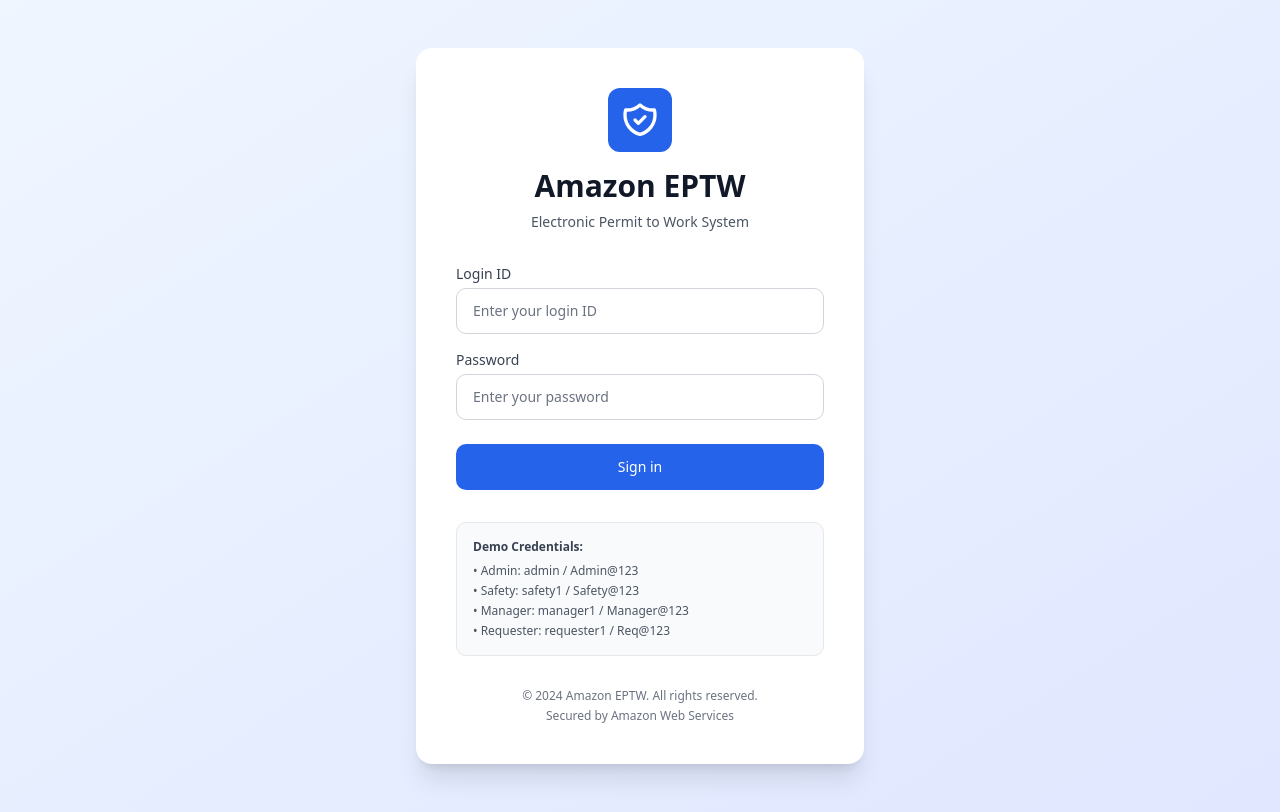
Repository: anamika-webdev/AEPTW
Page: /login (app in frontend/)
The author's editor kept a copy of each file at every save. The page is drawn from the files as they stood at one save, then again after the next save.
The browser window is 1280 px wide. The pictures show the whole page.
The page's requests for data from a server got no answer. The project was rebuilt for these pictures with package versions that can differ from the ones it lists, and the page was loaded fresh each time. No one was signed in, and anything a server would have sent is missing. Also part of the build but not shown: frontend/vite.config.ts, frontend/src/components/ui/card.tsx, frontend/src/components/ui/button.tsx, frontend/src/services/permit.service.ts, frontend/src/services/site.service.ts, frontend/src/services/user.service.ts, frontend/src/components/common/LoadingSpinner.tsx, frontend/src/pages/admin/AdminDashboard.tsx and 8 more. Imported but missing from the stored project, and not drawn on this page: frontend/src/utils/roleMapper.

Above is the page before, as saved 2025-11-24 20:06:44.

### frontend/index.html
<!DOCTYPE html>
<html lang="en">
  <head>
    <meta charset="UTF-8" />
    <link rel="icon" type="image/svg+xml" href="/vite.svg" />
    <meta name="viewport" content="width=device-width, initial-scale=1.0" />
    <title>Amazon EPTW - Electronic Permit to Work</title>
    <meta name="description" content="Amazon Electronic Permit to Work (EPTW) Dashboard - Safety Management System" />
  </head>
  <body>
    <div id="root"></div>
    <script type="module" src="/src/main.tsx"></script>
  </body>
</html>

### frontend/src/App.tsx
import React, { useState } from 'react';
import LoginPage from './pages/auth/LoginPage';
import AdminDashboard from './pages/admin/AdminDashboard';
import { SupervisorDashboard } from './components/supervisor/SupervisorDashboard';
import Sidebar from './components/common/Sidebar';
import Header from './components/common/Header';

// Types
interface User {
  id: number;
  login_id: string;
  full_name: string;
  email: string;
  role: string; // Database role: Admin, Approver_Safety, Approver_AreaManager, Requester
  frontendRole?: 'Admin' | 'Supervisor'; // Mapped role for UI
  department?: string;
  created_at?: string;
}

// Role Mapping Function
function mapDatabaseRoleToFrontend(dbRole: string): 'Admin' | 'Supervisor' {
  // Map all roles to Supervisor except Admin
  if (dbRole === 'Admin') {
    return 'Admin';
  }
  // Approver_Safety, Approver_AreaManager, Requester all map to Supervisor
  return 'Supervisor';
}

// App Context
export interface AppContextType {
  currentUser: User | null;
  setCurrentUser: (user: User | null) => void;
}

const AppContext = React.createContext<AppContextType | undefined>(undefined);

export const useAppContext = (): AppContextType => {
  const context = React.useContext(AppContext);
  if (!context) {
    throw new Error('useAppContext must be used within AppProvider');
  }
  return context;
};

export const AppProvider: React.FC<{ children: React.ReactNode }> = ({ children }) => {
  const [currentUser, setCurrentUser] = React.useState<User | null>(null);

  const value: AppContextType = {
    currentUser,
    setCurrentUser,
  };

  return <AppContext.Provider value={value}>{children}</AppContext.Provider>;
};

// Main App Component
function App() {
  const [currentUser, setCurrentUser] = useState<User | null>(null);
  const [currentPage, setCurrentPage] = useState<string>('dashboard');
  const [isMobileMenuOpen, setIsMobileMenuOpen] = useState(false);

  const handleLogin = (user: User) => {
    // Map the database role to frontend role
    const mappedUser: User = {
      ...user,
      frontendRole: mapDatabaseRoleToFrontend(user.role)
    };

    setCurrentUser(mappedUser);

    // Set initial page based on MAPPED role
    if (mappedUser.frontendRole === 'Admin') {
      setCurrentPage('admin-dashboard');
    } else {
      // Everyone else gets Supervisor dashboard
      setCurrentPage('supervisor-dashboard');
    }

    console.log('User logged in:', {
      name: mappedUser.full_name,
      databaseRole: user.role,
      frontendRole: mappedUser.frontendRole,
      initialPage: mappedUser.frontendRole === 'Admin' ? 'admin-dashboard' : 'supervisor-dashboard'
    });
  };

  const handleLogout = () => {
    setCurrentUser(null);
    setCurrentPage('dashboard');
    localStorage.removeItem('token');
    localStorage.removeItem('user');
    console.log('User logged out');
  };

  const handleNavigate = (page: string) => {
    setCurrentPage(page);
    console.log('Navigating to:', page);
  };

  // Render dashboard based on current page and user role
  const renderDashboard = () => {
    const frontendRole = currentUser?.frontendRole;

    console.log('Rendering dashboard:', {
      currentPage,
      frontendRole,
      databaseRole: currentUser?.role
    });

    // Admin Dashboard Routes
    if (frontendRole === 'Admin') {
      if (currentPage === 'admin-dashboard' || currentPage === 'all-permits' ||
          currentPage === 'site-management' || currentPage === 'user-management') {
        return <AdminDashboard currentPage={currentPage} onNavigate={handleNavigate} />;
      }
      // Default for admin
      return <AdminDashboard currentPage="admin-dashboard" onNavigate={handleNavigate} />;
    }

    // Supervisor Dashboard Routes (for all non-admin users)
    if (frontendRole === 'Supervisor') {
      if (currentPage === 'supervisor-dashboard' || currentPage === 'create-permit' ||
          currentPage === 'worker-list') {
        return <SupervisorDashboard />;
      }
      // Default for supervisor
      return <SupervisorDashboard />;
    }

    // Fallback
    return (
      <div className="p-8">
        <div className="max-w-4xl mx-auto">
          <h1 className="mb-4 text-2xl font-bold text-gray-900">Welcome to Amazon EPTW</h1>
          <div className="p-6 space-y-4 bg-white rounded-lg shadow">
            <div className="flex items-center space-x-3">
              <div className="flex items-center justify-center w-12 h-12 bg-blue-100 rounded-full">
                <span className="text-xl font-semibold text-blue-600">
                  {currentUser?.full_name?.charAt(0) || '?'}
                </span>
              </div>
              <div>
                <p className="text-lg font-semibold text-gray-900">{currentUser?.full_name}</p>
                <p className="text-sm text-gray-600">{currentUser?.email}</p>
              </div>
            </div>
            <div className="pt-4 border-t">
              <dl className="grid grid-cols-2 gap-4">
                <div>
                  <dt className="text-sm font-medium text-gray-500">Database Role</dt>
                  <dd className="mt-1 text-sm text-gray-900">{currentUser?.role}</dd>
                </div>
                <div>
                  <dt className="text-sm font-medium text-gray-500">Dashboard Access</dt>
                  <dd className="mt-1 text-sm text-gray-900">{frontendRole}</dd>
                </div>
                <div>
                  <dt className="text-sm font-medium text-gray-500">Department</dt>
                  <dd className="mt-1 text-sm text-gray-900">{currentUser?.department || 'N/A'}</dd>
                </div>
                <div>
                  <dt className="text-sm font-medium text-gray-500">Login ID</dt>
                  <dd className="mt-1 text-sm text-gray-900">{currentUser?.login_id}</dd>
                </div>
              </dl>
            </div>
          </div>
        </div>
      </div>
    );
  };

  return (
    <AppProvider>
      <div className="min-h-screen bg-gray-50">
        {!currentUser ? (
          <LoginPage onLogin={handleLogin} />
        ) : (
          <div className="flex h-screen overflow-hidden">
            {/* Sidebar */}
            <Sidebar
              currentUser={currentUser}
              currentPage={currentPage}
              onNavigate={handleNavigate}
              onLogout={handleLogout}
              isMobileMenuOpen={isMobileMenuOpen}
              onMobileMenuClose={() => setIsMobileMenuOpen(false)}
            />

            {/* Main Content */}
            <div className="flex flex-col flex-1 overflow-hidden lg:ml-64">
              {/* Header */}
              <Header
                currentUser={currentUser}
                onMenuClick={() => setIsMobileMenuOpen(true)}
                onLogout={handleLogout}
              />

              {/* Dashboard Content */}
              <main className="flex-1 overflow-y-auto bg-slate-50">
                {renderDashboard()}
              </main>
            </div>
          </div>
        )}
      </div>
    </AppProvider>
  );
}

export default App;

### frontend/src/index.css
@tailwind base;
@tailwind components;
@tailwind utilities;

@layer base {
  * {
    @apply border-border;
  }

  body {
    @apply bg-background text-foreground;
    font-feature-settings: "rlig" 1, "calt" 1;
  }
}

@layer utilities {
  .animate-fade-in {
    animation: fadeIn 0.5s ease-in;
  }

  @keyframes fadeIn {
    from {
      opacity: 0;
      transform: translateY(-10px);
    }
    to {
      opacity: 1;
      transform: translateY(0);
    }
  }
}

### frontend/src/pages/auth/LoginPage.tsx
import React, { useState } from 'react';
import axios from 'axios';
import { User } from '../../types';

interface LoginPageProps {
  onLogin: (user: User) => void;
}

const LoginPage: React.FC<LoginPageProps> = ({ onLogin }) => {
  const [loginId, setLoginId] = useState('');
  const [password, setPassword] = useState('');
  const [loading, setLoading] = useState(false);
  const [error, setError] = useState('');

  const API_BASE_URL = import.meta.env.VITE_API_BASE_URL || 'http://localhost:5000/api';

  const handleSubmit = async (e: React.FormEvent) => {
    e.preventDefault();
    setLoading(true);
    setError('');

    try {
      const response = await axios.post(`${API_BASE_URL}/v1/auth/login`, {
        login_id: loginId,
        password,
      });

      if (response.data.success) {
        const { token, user } = response.data;
        localStorage.setItem('token', token);
        onLogin(user);
      }
    } catch (err: any) {
      setError(
        err.response?.data?.message ||
        'Login failed. Please check your credentials.'
      );
    } finally {
      setLoading(false);
    }
  };

  return (
    <div className="flex items-center justify-center min-h-screen px-4 py-12 bg-gradient-to-br from-blue-50 to-indigo-100 sm:px-6 lg:px-8">
      <div className="w-full max-w-md p-10 space-y-8 bg-white shadow-xl rounded-2xl">
        {/* Logo and Title */}
        <div className="text-center">
          <div className="flex justify-center mb-4">
            <div className="flex items-center justify-center w-16 h-16 bg-blue-600 rounded-xl">
              <svg
                className="w-10 h-10 text-white"
                fill="none"
                stroke="currentColor"
                viewBox="0 0 24 24"
              >
                <path
                  strokeLinecap="round"
                  strokeLinejoin="round"
                  strokeWidth={2}
                  d="M9 12l2 2 4-4m5.618-4.016A11.955 11.955 0 0112 2.944a11.955 11.955 0 01-8.618 3.04A12.02 12.02 0 003 9c0 5.591 3.824 10.29 9 11.622 5.176-1.332 9-6.03 9-11.622 0-1.042-.133-2.052-.382-3.016z"
                />
              </svg>
            </div>
          </div>
          <h2 className="text-3xl font-extrabold text-gray-900">
            Amazon EPTW
          </h2>
          <p className="mt-2 text-sm text-gray-600">
            Electronic Permit to Work System
          </p>
        </div>

        {/* Login Form */}
        <form className="mt-8 space-y-6" onSubmit={handleSubmit}>
          <div className="space-y-4">
            <div>
              <label htmlFor="login_id" className="block mb-1 text-sm font-medium text-gray-700">
                Login ID
              </label>
              <input
                id="login_id"
                name="login_id"
                type="text"
                autoComplete="username"
                required
                value={loginId}
                onChange={(e) => setLoginId(e.target.value)}
                className="relative block w-full px-4 py-3 text-gray-900 placeholder-gray-500 border border-gray-300 rounded-lg appearance-none focus:outline-none focus:ring-2 focus:ring-blue-500 focus:border-blue-500 focus:z-10 sm:text-sm"
                placeholder="Enter your login ID"
              />
            </div>

            <div>
              <label htmlFor="password" className="block mb-1 text-sm font-medium text-gray-700">
                Password
              </label>
              <input
                id="password"
                name="password"
                type="password"
                autoComplete="current-password"
                required
                value={password}
                onChange={(e) => setPassword(e.target.value)}
                className="relative block w-full px-4 py-3 text-gray-900 placeholder-gray-500 border border-gray-300 rounded-lg appearance-none focus:outline-none focus:ring-2 focus:ring-blue-500 focus:border-blue-500 focus:z-10 sm:text-sm"
                placeholder="Enter your password"
              />
            </div>
          </div>

          {error && (
            <div className="p-4 border border-red-200 rounded-lg bg-red-50">
              <div className="flex">
                <svg
                  className="w-5 h-5 text-red-400"
                  viewBox="0 0 20 20"
                  fill="currentColor"
                >
                  <path
                    fillRule="evenodd"
                    d="M10 18a8 8 0 100-16 8 8 0 000 16zM8.707 7.293a1 1 0 00-1.414 1.414L8.586 10l-1.293 1.293a1 1 0 101.414 1.414L10 11.414l1.293 1.293a1 1 0 001.414-1.414L11.414 10l1.293-1.293a1 1 0 00-1.414-1.414L10 8.586 8.707 7.293z"
                    clipRule="evenodd"
                  />
                </svg>
                <p className="ml-3 text-sm text-red-800">{error}</p>
              </div>
            </div>
          )}

          <div>
            <button
              type="submit"
              disabled={loading}
              className="relative flex justify-center w-full px-4 py-3 text-sm font-medium text-white transition-colors duration-200 bg-blue-600 border border-transparent rounded-lg group hover:bg-blue-700 focus:outline-none focus:ring-2 focus:ring-offset-2 focus:ring-blue-500 disabled:opacity-50 disabled:cursor-not-allowed"
            >
              {loading ? (
                <span className="flex items-center">
                  <svg
                    className="w-5 h-5 mr-3 -ml-1 text-white animate-spin"
                    fill="none"
                    viewBox="0 0 24 24"
                  >
                    <circle
                      className="opacity-25"
                      cx="12"
                      cy="12"
                      r="10"
                      stroke="currentColor"
                      strokeWidth="4"
                    />
                    <path
                      className="opacity-75"
                      fill="currentColor"
                      d="M4 12a8 8 0 018-8V0C5.373 0 0 5.373 0 12h4zm2 5.291A7.962 7.962 0 014 12H0c0 3.042 1.135 5.824 3 7.938l3-2.647z"
                    />
                  </svg>
                  Signing in...
                </span>
              ) : (
                'Sign in'
              )}
            </button>
          </div>
        </form>

        {/* Demo Credentials */}
        <div className="p-4 mt-6 border border-gray-200 rounded-lg bg-gray-50">
          <p className="mb-2 text-xs font-semibold text-gray-700">Demo Credentials:</p>
          <div className="space-y-1 text-xs text-gray-600">
            <p>• <span className="font-medium">Admin:</span> admin / Admin@123</p>
            <p>• <span className="font-medium">Safety:</span> safety1 / Safety@123</p>
            <p>• <span className="font-medium">Manager:</span> manager1 / Manager@123</p>
            <p>• <span className="font-medium">Requester:</span> requester1 / Req@123</p>
          </div>
        </div>

        {/* Footer */}
        <div className="text-xs text-center text-gray-500">
          <p>© 2024 Amazon EPTW. All rights reserved.</p>
          <p className="mt-1">Secured by Amazon Web Services</p>
        </div>
      </div>
    </div>
  );
};

export default LoginPage;

### frontend/tailwind.config.js
/** @type {import('tailwindcss').Config} */
export default {
  content: [
    "./index.html",
    "./src/**/*.{js,ts,jsx,tsx}",
  ],
  theme: {
    extend: {
      colors: {
        border: "hsl(214.3 31.8% 91.4%)",
        input: "hsl(214.3 31.8% 91.4%)",
        ring: "hsl(221.2 83.2% 53.3%)",
        background: "hsl(0 0% 100%)",
        foreground: "hsl(222.2 84% 4.9%)",
        primary: {
          DEFAULT: "hsl(221.2 83.2% 53.3%)",
          foreground: "hsl(210 40% 98%)",
        },
        secondary: {
          DEFAULT: "hsl(210 40% 96.1%)",
          foreground: "hsl(222.2 47.4% 11.2%)",
        },
        destructive: {
          DEFAULT: "hsl(0 84.2% 60.2%)",
          foreground: "hsl(210 40% 98%)",
        },
        muted: {
          DEFAULT: "hsl(210 40% 96.1%)",
          foreground: "hsl(215.4 16.3% 46.9%)",
        },
        accent: {
          DEFAULT: "hsl(210 40% 96.1%)",
          foreground: "hsl(222.2 47.4% 11.2%)",
        },
      },
      borderRadius: {
        lg: "0.625rem",
        md: "0.5rem",
        sm: "0.375rem",
      },
    },
  },
  plugins: [],
}

Loaded but not shown: frontend/src/main.tsx (common file)

After the next save:
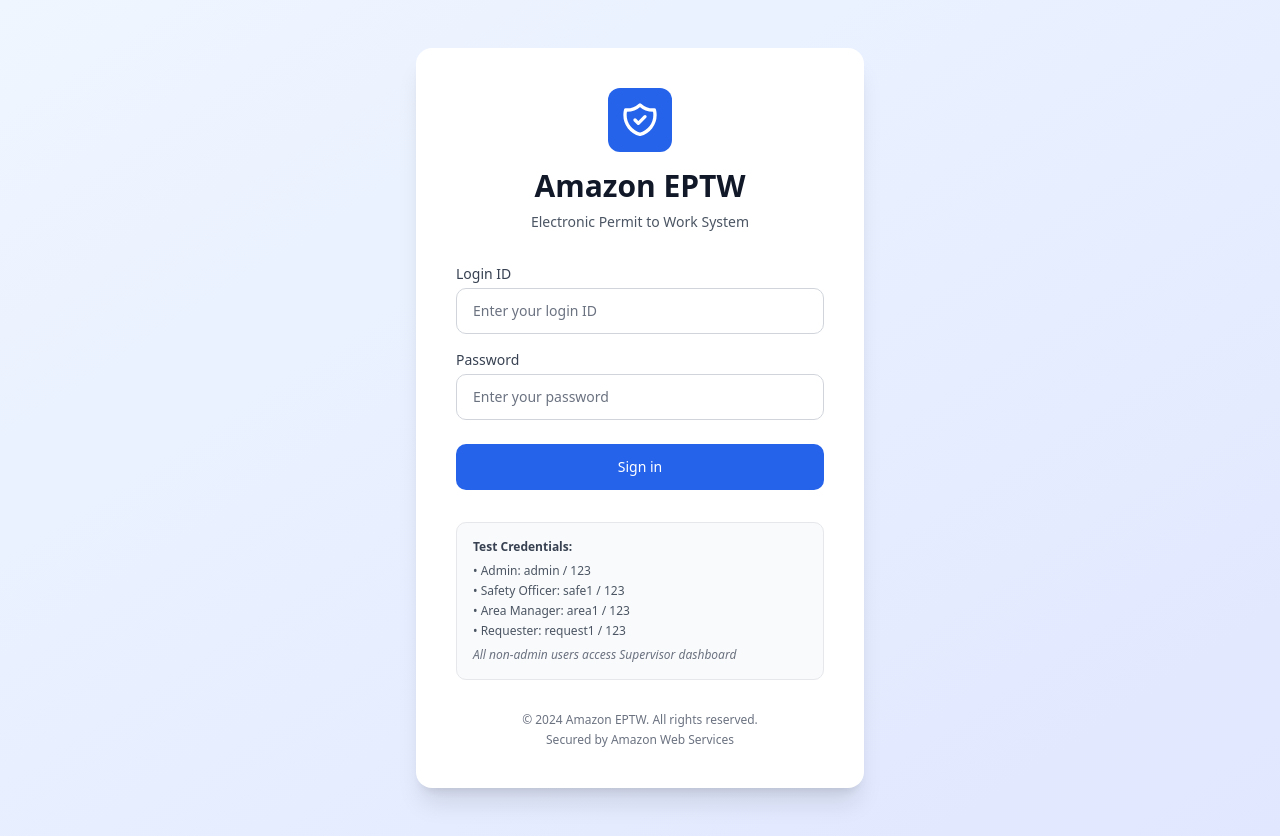
Saved 36 s later.
--- a/frontend/src/pages/auth/LoginPage.tsx
+++ b/frontend/src/pages/auth/LoginPage.tsx
@@ -1,6 +1,7 @@
 import React, { useState } from 'react';
 import axios from 'axios';
 import { User } from '../../types';
+import { mapDatabaseRoleToFrontend } from '../../utils/roleMapper';
 
 interface LoginPageProps {
   onLogin: (user: User) => void;
@@ -27,10 +28,25 @@
 
       if (response.data.success) {
         const { token, user } = response.data;
+
+        // Map database role to frontend role
+        const mappedUser: User = {
+          ...user,
+          frontendRole: mapDatabaseRoleToFrontend(user.role)
+        };
+
+        console.log('Login successful:', {
+          databaseRole: user.role,
+          frontendRole: mappedUser.frontendRole
+        });
+
         localStorage.setItem('token', token);
-        onLogin(user);
+        localStorage.setItem('user', JSON.stringify(mappedUser));
+
+        onLogin(mappedUser);
       }
     } catch (err: any) {
+      console.error('Login error:', err);
       setError(
         err.response?.data?.message ||
         'Login failed. Please check your credentials.'
@@ -165,13 +181,16 @@
 
         {/* Demo Credentials */}
         <div className="p-4 mt-6 border border-gray-200 rounded-lg bg-gray-50">
-          <p className="mb-2 text-xs font-semibold text-gray-700">Demo Credentials:</p>
+          <p className="mb-2 text-xs font-semibold text-gray-700">Test Credentials:</p>
           <div className="space-y-1 text-xs text-gray-600">
-            <p>• <span className="font-medium">Admin:</span> admin / Admin@123</p>
-            <p>• <span className="font-medium">Safety:</span> safety1 / Safety@123</p>
-            <p>• <span className="font-medium">Manager:</span> manager1 / Manager@123</p>
-            <p>• <span className="font-medium">Requester:</span> requester1 / Req@123</p>
-          </div>
+            <p>• <span className="font-medium">Admin:</span> admin / 123</p>
+            <p>• <span className="font-medium">Safety Officer:</span> safe1 / 123</p>
+            <p>• <span className="font-medium">Area Manager:</span> area1 / 123</p>
+            <p>• <span className="font-medium">Requester:</span> request1 / 123</p>
+          </div>
+          <p className="mt-2 text-xs italic text-gray-500">
+            All non-admin users access Supervisor dashboard
+          </p>
         </div>
 
         {/* Footer */}
